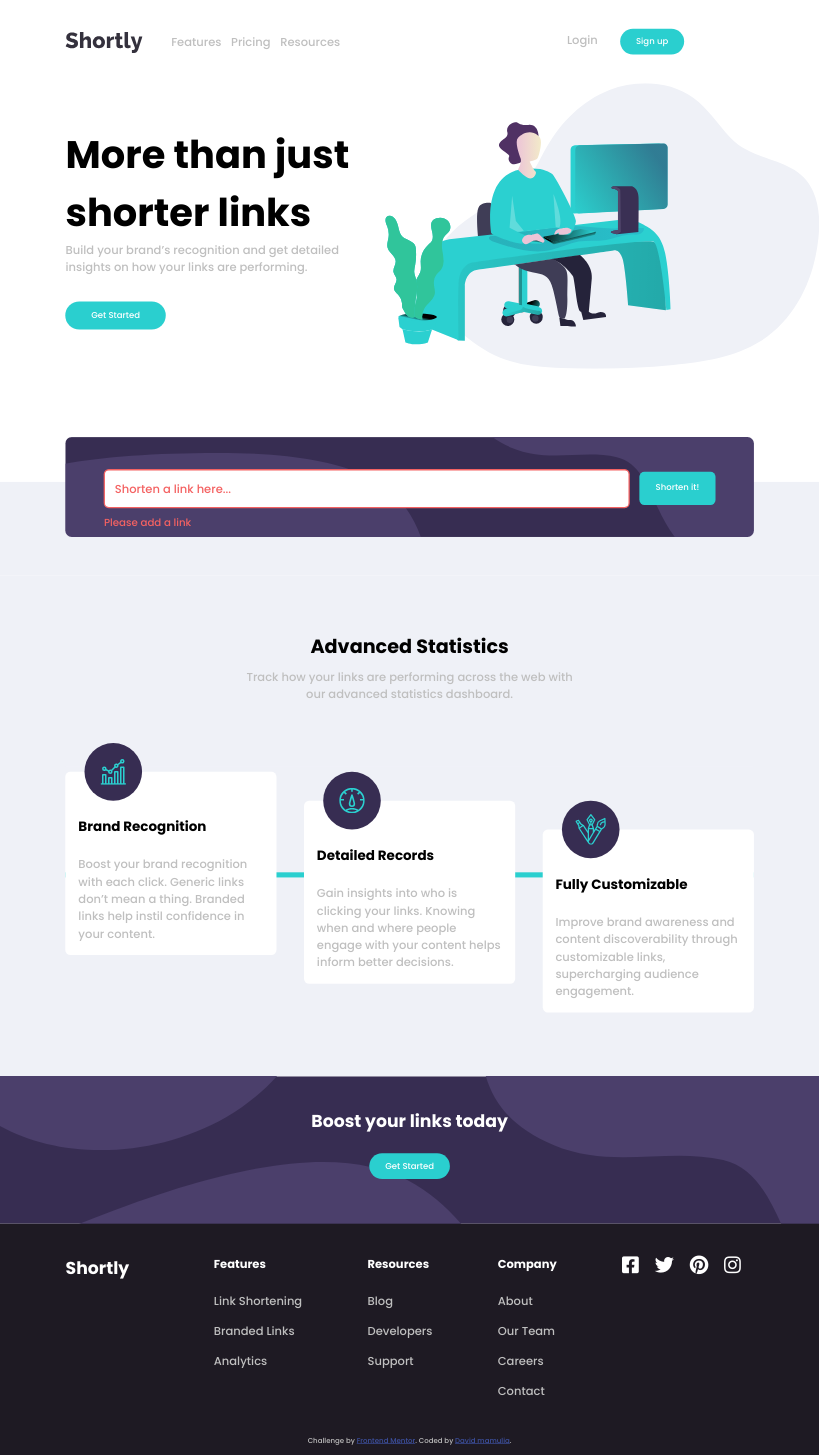
Repository: mamulini/URL-shortener
Page: index.html
An editor plug-in stored every save of this project. The page is shown before and after the next save, followed by the edit.
The browser window is 1280 px wide. The pictures show the whole page, at 64% of full size.
Some web libraries are served in a nearby version. The style sheet was rebuilt from its Sass, Less or Tailwind sources for each picture, by a compiler version that may differ from the author's.

Above is the page before, as saved 2020-04-16 22:55:47.

### index.html
<!DOCTYPE html>
<html lang="en">
<head>
  <meta charset="UTF-8">
  <meta name="viewport" content="width=device-width, initial-scale=1.0"> <!-- displays site properly based on user's device -->

  <link rel="icon" type="image/png" sizes="32x32" href="./images/favicon-32x32.png">
  <link rel="stylesheet" href="https://cdnjs.cloudflare.com/ajax/libs/font-awesome/5.13.0/css/all.min.css">
  <link rel="stylesheet" href="./sass/main.css">

  <title>Frontend Mentor | Shortly URL shortening API Challenge</title>

  <!-- Feel free to remove these styles or customise in your own stylesheet 👍 -->

</head>
<body>
  <header class="header container">
    <a href="/" class="header__logo"><img src="./images/logo.svg" alt="logo">
    </a>
    <nav class="nav">
      <ul class="nav__menu">
        <li class="nav__item"><a class="nav__link" href="#">Features</a></li>
        <li class="nav__item"><a class="nav__link" href="#">Pricing</a></li>
        <li class="nav__item"><a class="nav__link" href="#">Resources</a></li>
      </ul>
    </nav>
    <div class="user">
      <a class="user__login" href="#" >Login</a>
      <button class="user__sign-up btn--blue" type="button">Sign up</button>
    </div>

  </header>
  <main class="main">
    <div class="intro">
      <div class="intro__description">
        <h1 class="intro__title">More than just shorter links</h1>
        <p class="intro__subtitle">Build your brand’s recognition and get detailed <br> insights
          on how your links are performing.</p>
        <button class="intro__btn btn--blue">Get Started</button>

      </div>
      <div class="intro__img">
        <img src="./images/illustration-working.svg" alt="image">
      </div>
    </div>
    <div class="shorten ">
      <div class="shorten__handler container">
        <form class="shorten__form">
          <input class="shorten__input" type="url" pattern="https://.*" value="" placeholder="Shorten a link here...">
          <button class="shorten__btn btn--blue" type="button">Shorten it!</button>

        </form>
        <p class="shorten__subtitle">Please add a link</p>
      </div>
      <div class="shorten__links container">

      </div>
    </div>
    <div class="statistics ">
      <h2 class="statistics__title">Advanced Statistics</h2>
      <p class="statistics__subtitle">Track how your links are performing across the web with our
        advanced statistics dashboard.</p>
      <div class="blocks_wrapper container">
        <hr class="blocks_wrapper__line">
        <div class="block block--1">
          <div class="block__icon">
            <img src="./images/icon-brand-recognition.svg" alt="icon" >
          </div>
          <h3 class="block__title">Brand Recognition</h3>
          <p class="block__subtitle">Boost your brand recognition with each click. Generic links don’t
            mean a thing. Branded links help instil confidence in your content.</p>
        </div>
        <div class="block block--2">
          <div class="block__icon">
            <img src="./images/icon-detailed-records.svg" alt="icon" >
          </div>
          <h3 class="block__title">Detailed Records</h3>
          <p class="block__subtitle">Gain insights into who is clicking your links. Knowing when and where
            people engage with your content helps inform better decisions.</p>
        </div>
        <div class="block block--3">
          <div class="block__icon">
            <img src="./images/icon-fully-customizable.svg" alt="icon" >
          </div>
          <h3 class="block__title">Fully Customizable</h3>
          <p class="block__subtitle">Improve brand awareness and content discoverability through customizable
            links, supercharging audience engagement.</p>
        </div>

      </div>
    </div>
    <div class="link_booster">
      <h2 class="link_booster__title">Boost your links today</h2>
      <button class="link_booster__btn btn--blue">Get Started</button>
    </div>
  </main>
  <div class="footer">
    <div class="footer__wrapper container">
      <h2 class="footer__logo">Shortly</h2>
    <div class="footer__nav-wrapper">
      <h3 class="footer__nav-title">Features</h3>
      <ul class="footer__nav-list">
        <li class="footer__nav-li"><a class="footer__nav-link" href="#">Link Shortening</a></li>
        <li class="footer__nav-li"><a class="footer__nav-link" href="#">Branded Links</a></li>
        <li class="footer__nav-li"><a class="footer__nav-link" href="#">Analytics</a></li>
      </ul>
    </div>
    <div class="footer__nav-wrapper">
      <h3 class="footer__nav-title">Resources</h3>
      <ul class="footer__nav-list">
        <li class="footer__nav-li"><a class="footer__nav-link" href="#">Blog</a></li>
        <li class="footer__nav-li"><a class="footer__nav-link" href="#">Developers</a></li>
        <li class="footer__nav-li"><a class="footer__nav-link" href="#">Support</a></li>
      </ul>
    </div>
    <div class="footer__nav-wrapper">
      <h3 class="footer__nav-title">Company</h3>
      <ul class="footer__nav-list">
        <li class="footer__nav-li"><a class="footer__nav-link" href="#">About</a></li>
        <li class="footer__nav-li"><a class="footer__nav-link" href="#">Our Team</a></li>
        <li class="footer__nav-li"><a class="footer__nav-link" href="#">Careers</a></li>
        <li class="footer__nav-li"><a class="footer__nav-link" href="#">Contact</a></li>
      </ul>
    </div>
    <div class="footer__icons-wrapper">
      <a href="#"><i class="fab fa-facebook-square footer__icon"></i></a>
      <a href="#"><i  class="fab fa-twitter footer__icon"></i></a>
      <a href="#"><i class="fab fa-pinterest footer__icon"></i></a>
      <a href="#"><i class="fab fa-instagram footer__icon"></i></a>
    </div>

    </div>
    <div class="attribution">
      Challenge by <a href="https://www.frontendmentor.io?ref=challenge" target="_blank">Frontend Mentor</a>.
      Coded by <a href="#">David mamulia</a>.
    </div>
  </div>
  <script src="./js/main.js"></script>
</body>
</html>

### JS/main.js
const input = document.querySelector('.shorten__input');
const shortenBtn = document.querySelector('.shorten__btn');
// const url = "https://rel.ink/api/links/";

input.addEventListener("focus", () => {
    input.value = "https://";
});

class ShortLinks {
    constructor(url, shortUrl){
        this.url = url;
        this.shortUrl = shortUrl;
    }

    static render(obj){
        const content = `
            <div class="shorten__genarate">
                <span class="shorten__long-link">${obj.url}</span>
                <a class="shorten__short-link" href="${obj.shortUrl}" target="_blank">${obj.shortUrl}</a>
                <button class="shorten__copy btn--blue">Copy</button>
                <span class="shorten__close"><i class="far fa-window-close fa-2x"></i></span >
            </div>
        `;

        document.querySelector(".shorten__links").insertAdjacentHTML("afterbegin", content);
    }
}

let storedLinks = (JSON.parse(localStorage.getItem("locaLinks")));

if (storedLinks){
    storedLinks.forEach(link => {
        ShortLinks.render(link);
    });
}else{ storedLinks = []; }



shortenBtn.addEventListener("click", () => {
    async function inputHandle(){
        const res = await fetch("https://rel.ink/api/links/", {
            method:"POST",
            body: JSON.stringify( {url: `${input.value}`} ),
            headers: { 'Content-Type': 'application/json' }
        });

        if (res.status > 200 && res.status < 400){
            const data = await res.json();

            storedLinks.push(new ShortLinks(input.value, `https://rel.ink/${data.hashid}`));
            input.value = "";

            //save to localStorage
            localStorage.setItem("locaLinks", JSON.stringify(storedLinks));

            ShortLinks.render(storedLinks[storedLinks.length - 1]);
        }else{
            document.querySelector(".shorten__input").classList.add("invalid");
            document.querySelector("form p").style.display = "block";

            setTimeout(() => {
                document.querySelector(".shorten__input").classList.remove("invalid");
                document.querySelector("form p").style.display = "none";
            }, 2500);
        }
    };

    inputHandle();
});

document.querySelector(".shorten__handler").addEventListener("click", (e) => {
    if (e.target.classList.contains("fa-window-close")){
        const delUrl = e.target.parentNode.previousSibling.previousSibling.previousSibling.previousSibling.firstChild.innerText;
        storedLinks = storedLinks.filter(link => link.shortUrl != delUrl);
        //save to localStorage
        localStorage.setItem("locaLinks", JSON.stringify(storedLinks));
        //disappear from DOM
        e.target.parentNode.parentNode.remove();
    }
});

document.querySelector(".shorten__handler").addEventListener("click", (e) => {
    if (e.target.innerText == "Copy"){
        //turn all copy buttons to "Copy" again (in case of they are not)
        const copyButtons = document.querySelectorAll(".shorten__handler div button");

        for (let i = 0; i < copyButtons.length; i++){
            console.log(copyButtons[i]);
            copyButtons[i].style.backgroundColor = "hsl(180, 66%, 49%)";
            copyButtons[i].innerText = "Copy";
        }

        e.target.style.backgroundColor = "hsl(257, 27%, 26%)";
        e.target.innerText = "Copied!";

        //copy shorten link to keyboard
        const copy = e.target.parentNode.previousSibling.previousSibling.firstChild.innerText;
        const input = document.createElement('textarea');
        document.body.appendChild(input);
        input.value = copy;
        input.select();
        document.execCommand('Copy');
        input.remove();
    }
});










// function getUrl(){
//     let protocolOk = url.startsWith('http://') || url.startsWith('https://') || url.startsWith('ftp://');
//     if(!protocolOk) {
//         newUrl = 'http://' + url;
//         return newUrl;
//     }else {
//         return url;
//     }
// }

// function genHash(){
//     if (window.location.hash == ''){
//         window.location.hash = getRandom();
//     }
// }

// function shortUrl(){
//     let longUrl = getUrl();
//     genHash();
//     sendRequest(longurl);
// }
































// postData(url, data)
//                 .then(res => {
//                     console.log(res);
//                 })
//                 .catch(() => {

//                 })
//                 .finally(() => {
//                     clearInputs();
//                 });

### sass/main.scss
@import url('https://fonts.googleapis.com/css2?family=Poppins:wght@500;700&display=swap');

// colors
$text_gray: hsl(0, 0%, 75%);
$cyan_btn:  hsl(180, 66%, 49%);
$dark_bg : #372d52;
$dark_blue: #1e1a23;
$red : hsl(0, 87%, 67%);
$light_bg: #eff1f7;

* {
    padding: 0;
    margin: 0;
    box-sizing: border-box;
}

body{
    font-size: 18px;
    font-family: 'poppins', sans-serif;
    font-weight: 500;

}

img {
    max-width: 100%;
}

.container {
    max-width: 84%;
    margin: 0 auto;
}

.header {
    margin-top: 40px;
    margin-bottom: 40px;
    display: flex;
    justify-content: flex-start;
    align-items: center;
    &__logo{
        flex: 0 0 25%;
        max-width: 150px;
        margin-top: 10px;
    }
}

.nav{
    flex: 0 0 25%;
    &__menu{
        display: flex;
        justify-content: space-between;
        list-style: none;

    }

    &__item{
        margin-left: 15px;
    }

    &__link{
        text-decoration: none;
        color: $text_gray;
        &:hover{
            color: #000000;
        }
    }
}

.user{
    flex: 0 0 50%;
    text-align: right;

    &__login{
        color: $text_gray;
        margin-right: 30px;
        text-decoration: none;
        &:hover{
            color: #000000;
        }
    }
}

.btn--blue{
    padding: 10px 25px;
    border: none;
    cursor: pointer;
    display: inline-block;
    border-radius: 50px;
    background: $cyan_btn;
    outline: none;
    color: #ffffff;
    font-family: 'poppins', sans-serif;
    font-weight: 500;

    &:hover{
        opacity: .5;
    }

    &:active{
        transform: scale(0.90);
    }
}

.intro{
    display: flex;
    justify-content: space-between;

    &__description{
        display: flex;
        flex-direction: column;
        justify-content: center;
        align-items: flex-start;
        max-width: 500px;
        margin-left: 8%;
    }

    &__title {
        font-size: 60px;
    }

    &__subtitle {
        text-align-last: left;
        color: $text_gray;
    }

    &__btn{
        margin-top: 40px;
        padding: 12px 40px;
    }
}

.shorten{
    background: $light_bg;
    margin-top: 170px;

    &__handler{
        background-image: url('../images/bg-shorten-desktop.svg');
        background-position: center;
        background-size: cover;
        background-color: $dark_bg;
        border-radius: 10px;
        position: relative;
        top: -70px;
        margin-bottom: -60px;
    }

    &__form{
        display: flex;
        justify-content: space-between;
        align-items: center;
        padding: 50px 60px 0 60px;
        flex-wrap: wrap;
    }

    &__subtitle{
        padding:10px 60px ;
        font-size: 16px;
        color: $red;
    }

    &__input{
        flex: 1;
        padding: 15px;
        border-radius: 8px;
        margin-right: 15px;
        font-family:'poppins', sans-serif;
        border: 2px solid $red;
        outline: none;
        font-size: 18px;
         &::placeholder{
            color: $red;
         }
    }

    &__btn{
        border-radius: 8px;
        padding-top: 15px;
        padding-bottom: 17px;
    }

    &__subtitle{
        align-self: flex-end;
    }

    &__links{

        padding: 15px;
        margin-top: 20px;

    }

    &__genarate{
        list-style: none;
        display: flex;
        justify-content: space-between;
        align-items: center;
        background: #ffffff;
        margin-bottom: 10px;
        border-radius: 8px;
    }

    &__long-link{
        flex: 1;
    }

    &__short-link{
        padding: 15px;
        color: $cyan_btn;
    }

    &__copy{
        margin-right: 10px;
        border-radius: 8px;
        padding: 8px 15px;
    }
}

.statistics{
    background: $light_bg;
    text-align: center;
    padding-top: 90px;
    padding-bottom: 100px;


    &__title {
        font-size: 30px;
    }
    &__subtitle{
        max-width: 520px;
        margin: 10px auto;
        color: $text_gray;
    }
}

.blocks_wrapper {
    display: flex;
    justify-content: space-between;
    flex-wrap: wrap;
    background: $light_bg;
    margin-top: 100px;
}

.block{
    flex: 0 0 calc(33% - 25px);
    background: #ffffff;
    height: 30%;
    text-align: left;
    border-radius: 8px;
    z-index: 1;


    &--2{
        margin-top: 45px;
    }
    &--3{
        margin-top: 90px;
    }
    &__icon{
        background: $dark_bg ;
        padding: 20px;
        border-radius: 100%;
        display: inline-block;
        width: 90px;
        height: 90px;
        display: flex;
        justify-content: center;
        align-items: center;
        margin-left: 30px;
        transform:translateY(-45px);
    }
    &__title{
        padding:0 30px 30px 20px;
        margin-top: -20px;
    }
    &__subtitle{
        padding: 0 20px 20px;
        line-height: 1.5;
        color: $text_gray;
    }
}

.blocks_wrapper__line{
    border: 4px solid $cyan_btn;
    transform:translateY(165px);
    position: relative;
    flex: 100%;

}

.link_booster{
    text-align: center;
    background: $dark_bg url('../images/bg-boost-desktop.svg') no-repeat center;
    // background-size: cover;
    height: 230px;

    &__title{
        color: #ffffff;
        padding-top: 50px;
    }
    &__btn{
        margin-top: 30px;
        &:hover{
            opacity: .7;
        }
    }
}


.footer{
    background: $dark_blue;
    &__wrapper{
        padding-top: 50px;
        display: flex;
        justify-content: space-between;

    }

    &__logo {
        color: #ffffff;
        padding-right: 30px;

    }

    &__nav-wrapper{
        margin-bottom: 40px;
    }

    &__nav-list{
        list-style: none;

    }

    &__nav-li {
        padding-top: 20px;
    }

    &__nav-title{
        color: #ffffff;
        padding-bottom: 10px;
        font-size: 18px;

    }

    &__nav-link{
        text-decoration: none;
        color: $text_gray;
        margin-top: 30px;
        &:hover{
            color: $cyan_btn;
        }
    }

    &__icon{
        color: #ffffff;
        padding-right: 20px;
        font-size: 30px;
        &:hover{
            color: $cyan_btn;
        }
    }
}

.attribution { font-size: 11px; text-align: center; color: $text_gray; padding: 15px; }
.attribution a { color: hsl(228, 45%, 44%); }

After the next save:
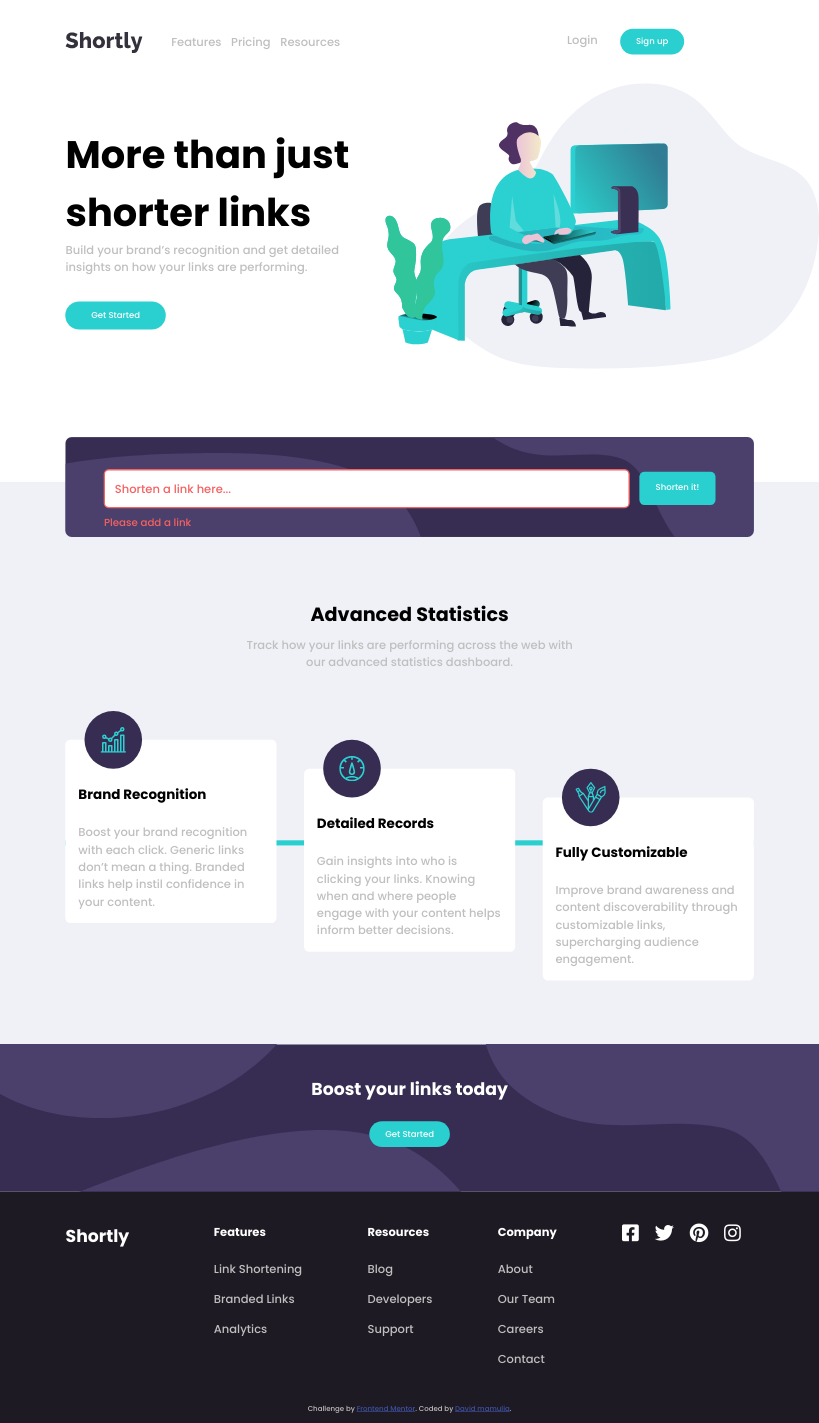
Saved 25 s later.
--- a/sass/main.scss
+++ b/sass/main.scss
@@ -183,8 +183,7 @@ img {
 
     &__links{
 
-        padding: 15px;
-        margin-top: 20px;
+
 
     }
 
@@ -196,6 +195,8 @@ img {
         background: #ffffff;
         margin-bottom: 10px;
         border-radius: 8px;
+        padding: 15px;
+        margin-top: 20px;
     }
 
     &__long-link{
